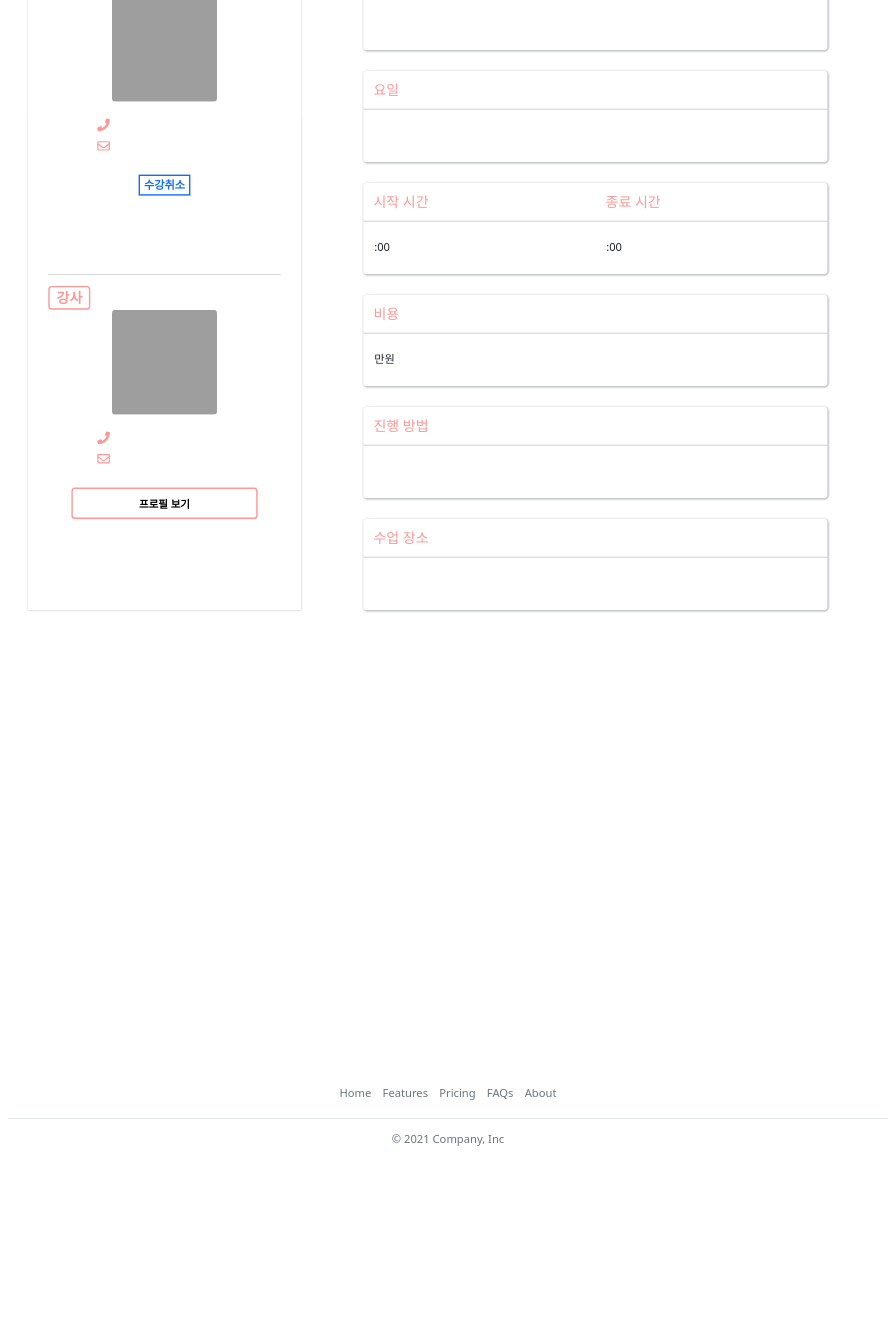
Repository: isssson/MVC2_more
Page: http://localhost/more/WEB-INF/views/document/documentContent.jsp
An editor plug-in stored every save of this project. The page is shown before and after the next save, followed by the edit.
The browser window is 1280 px wide. The pictures show the part of the page from y = 558 to 2458 px (the page is 2460 px tall), at 70% of full size.
Pictures or frames that could not be fetched are drawn as grey boxes. Some web libraries are served in a nearby version. The page is served by Tomcat 9. Nobody is signed in. Other server files are loaded and not shown. The template is opened directly, without the code that normally fills it, so the values that code supplies are empty.

Above is the page before, as saved 2021-12-13 01:06:11.

### more/src/main/webapp/WEB-INF/views/document/documentContent.jsp
<%@ page language="java" contentType="text/html; charset=UTF-8"
	pageEncoding="UTF-8"%>
<%@ taglib uri="http://java.sun.com/jsp/jstl/core" prefix="c"%>
<!DOCTYPE html>
<html>
<head>
<meta charset="UTF-8">
<title>Insert title here</title>
<link rel="stylesheet" type="text/css" href="resources/css/document/document.css?after">
<link rel="stylesheet" href="resources/css/bootstrap.min.css">
<script src="https://use.fontawesome.com/releases/v5.2.0/js/all.js"></script>
<script src="https://cdnjs.cloudflare.com/ajax/libs/jquery/3.4.1/jquery.min.js"></script>
<script src="https://ajax.googleapis.com/ajax/libs/jquery/3.2.1/jquery.min.js"></script>
</head>
<body>
	<%@ include file="/WEB-INF/views/header.jsp"%>
	<div class="revMainContainer">
      <div class="revMainTextBox">
         <div class="revMainText">
            <h1>
               나의 ${dto.cate2} 레슨<br>
               <span style="font-size:25px; font-weight:normal; border-top: 1px solid white; padding: 5px;">나의 레슨 정보를 확인해보세요</span>
            </h1>
         </div>
      </div>
   </div>
	<div class="expertMain">
		<div class="leftMain">
			<div class="leftMenu">
				<div class="who">학생</div>
				<div class="profile">
					<img src="resources/img/${dto.m_pic_path}" alt="profile">
					<h4>${dto.m_name}</h4>
					<div class="name">
						<i class="fas fa-phone fa-1x"></i>&nbsp;${dto.m_tel}
					</div>
					<div class="name">
						<i class="far fa-envelope fa-1x"></i>&nbsp;${dto.m_email}
					</div>
					<br>
					<c:if test="${sessionScope.sessionId eq dto.m_id }">
						<a href="statusUpdate.do?d_idx=${dto.d_idx}&p_idx=${dto.p_idx}"><button>수강취소</button></a>
					</c:if>
				</div>
				<hr>
				<div class="who">강사</div>
				<div class="profile">
					<img src="resources/img/${dto.e_pic_path}" alt="profile">
					<h4>${dto.e_name}</h4>
					<div class="name">
						<i class="fas fa-phone fa-1x"></i>&nbsp;${dto.e_tel}
					</div>
					<div class="name">
						<i class="far fa-envelope fa-1x"></i>&nbsp;${dto.e_email}
					</div>
					<br>
					<c:if test="${sessionScope.sessionId eq dto.m_id}">
						<div id="emailBt"><a href="expertProfile.do?id=${dto.e_id}">프로필 보기</a></div>
					</c:if>
				</div>
			</div>

		</div>
		<div class="rightMain">
			<div class="rightMenu">
				<div class="rightContainer">
				<div class="aaa" style="display:flex; justify-content: space-between;">
				<div class="aab">
					<div class="bbb">
						<h5>시작 날짜</h5>
					</div>
					<div class="card-body py-0">
						<div class="my-4">
							<p class="card-text mb-5">${dto.start_date}</p>
						</div>
					</div>
				</div>
				<div class="aab">
					<div class="bbb">
						<h5>종료 날짜</h5>
					</div>
					<div class="card-body py-0">
						<div class="my-4">
							<p class="card-text mb-5">${dto.end_date}</p>
						</div>
					</div>
				</div>
				</div>
				<div class="aaa">
					<div class="bbb">
						<h5>요일</h5>
					</div>
					<div class="card-body py-0">
						<div class="my-4">
							<p class="card-text mb-5">${dto.day}</p>
						</div>
					</div>
				</div>
				<div class="aaa" style="display:flex; justify-content: space-between;">
				<div class="aab">
					<div class="bbb">
						<h5>시작 시간</h5>
					</div>
					<div class="card-body py-0">
						<div class="my-4">
							<p class="card-text mb-5">${dto.start_time}:00</p>
						</div>
					</div>
				</div>
				<div class="aab">
					<div class="bbb">
						<h5>종료 시간</h5>
					</div>
					<div class="card-body py-0">
						<div class="my-4">
							<p class="card-text mb-5">${dto.end_time}:00</p>
						</div>
					</div>
				</div>
				</div>
				<div class="aaa">
					<div class="bbb">
						<h5>비용</h5>
					</div>
					<div class="card-body py-0">
						<div class="my-4">
							<p class="card-text mb-5">${dto.cost}만원</p>
						</div>
					</div>
				</div>
				<div class="aaa">
					<div class="bbb">
						<h5>진행 방법</h5>
					</div>
					<div class="card-body py-0">
						<div class="my-4">
							<p class="card-text mb-5">${dto.process}</p>
						</div>
					</div>
				</div>
				<div class="aaa">
					<div class="bbb">
						<h5>수업 장소</h5>
					</div>
					<div class="card-body py-0">
						<div class="my-4">
							<p class="card-text mb-5">${dto.ls_location}</p>
						</div>
					</div>
				</div>
			</div>
		</div>
	</div>
	</div>
<%@ include file="/WEB-INF/views/footer.jsp"%>
<script>
	function show(){
		alert();
	}
</script>
</body>
</html>

### more/src/main/webapp/WEB-INF/views/header.jsp
<%@ page language="java" contentType="text/html; charset=UTF-8"
    pageEncoding="UTF-8"%>
<%@ taglib prefix="c" uri="http://java.sun.com/jsp/jstl/core" %>
<script src="https://use.fontawesome.com/releases/v5.2.0/js/all.js"></script>
<link href="resources/css/header.css" rel="stylesheet">
<!-- Global site tag (gtag.js) - Google Analytics -->
<script async src="https://www.googletagmanager.com/gtag/js?id=UA-214947172-1"></script>
<script>
  window.dataLayer = window.dataLayer || [];
  function gtag(){dataLayer.push(arguments);}
  gtag('js', new Date());

  gtag('config', 'UA-214947172-1');
</script>
<!-- ---------------------비회원  -->
<c:if test="${sessionScope.sessionStatus == null }">
	<header>
    <div id="headerContainer">
        <a href="index.do"><img src="resources/img/more_logo.jpg" alt="logo" style="padding: 10px"></a>
        <div id="menubar">
          <div id="leftMenu">
            <div><a href="regist1.do">전문가 등록하기</a></div>
            <div><a href="lessonList.do">수업 요청하기</a></div>
            <div><a href="bbsList.do">자유 게시판</a></div>
            <div><a href="reviewList.do">후기 게시판</a></div>
          </div>
          <div id="rightMenu">
               <div><a href="login.do">로그인</a></div>
               <div><a href="noticeList.do"><i class="far fa-question-circle"></i></a></div>
          </div>
        </div>
      </div>
	</header>
</c:if>
<!----------------------기본(의뢰인) 로그인중-->
<c:if test="${sessionScope.sessionStatus == 1 }">
	<header>
     <div id="headerContainer">
        <a href="index.do"><img src="resources/img/more_logo.jpg" alt="logo" style="padding: 10px"></a>
        <div id="menubar">
          <div id="leftMenu">
            <div id="client" onmouseover="show()" onmouseout="hide()">
               <a href="#">레슨</a>
              </div>
            <div id="joinExpert">
               <a href="regist1.do">전문가 등록하기</a>
             </div>
            <div><a href="bbsList.do">자유 게시판</a></div>
            <div><a href="reviewList.do">후기 게시판</a></div>
          </div>
          <div id="rightMenu">
            <div>${sessionScope.sessionName }님</div>
            <div><a href="setting.do"><i class="far fa-user fa-1x"></i></a></div>
            <div><a href="noticeList.do"><i class="far fa-question-circle"></i></a></div>
          </div>
        </div>
      </div>
      <div id="hiddenHeaderContainer" onmouseover="show()" onmouseout="hide()">
        <div class="hiddenItem">
          <div class="Item"><a href="suggestList.do">레슨 목록</a></div>
          <div class="Item"><a href="lessonList.do">레슨 요청하기</a></div>
          <div class="Item"><a href="sentRequest.do?id=${sessionScope.sessionId}">보낸 요청</a></div>
          <div class="Item"><a href="receiveSuggest.do?id=${sessionScope.sessionId }">받은 제안</a></div>
          <div class="Item"><a href="m_documentList.do">나의 레슨 내역</a></div>
        </div>
      </div>
	</header>
</c:if>
<!-- -----------------------전문가 로그인중 -->
<c:if test="${sessionScope.sessionStatus == 2 }">
	<header>
     <div id="headerContainer">
       <a href="index.do"><img src="resources/img/more_logo.jpg" alt="logo" style="padding: 10px"></a>
       <div id="menubar">
         <div id="leftMenu">
           <div id="client" onmouseover="show()" onmouseout="hide()">
              <a href="#">레슨</a>
             </div>
           <div><a href="bbsList.do">자유 게시판</a></div>
           <div><a href="reviewList.do">후기 게시판</a></div>
         </div>
         <div id="rightMenu">
           <div>${sessionScope.sessionName }님</div>
           <div><a href="setting.do"><i class="far fa-user fa-1x"></i></a></div>
		   <div><a href="noticeList.do"><i class="far fa-question-circle"></i></a></div>
         </div>
       </div>
     </div>
     <div id="hiddenHeaderContainer" onmouseover="show()" onmouseout="hide()">
       <div class="hiddenItem">
       	 <div class="Item"><a href="requestList.do">요청서 목록</a></div>
       	 <div class="Item"><a href="suggest.do">레슨 제안하기</a></div>
         <div class="Item"><a href="sentsuggest.do?id=${sessionScope.sessionId}">보낸 제안</a></div>
		 <div class="Item"><a href="m_documentList.do">나의 레슨 내역</a></div>
       </div>
     </div>
	</header>
</c:if>
   <script>
       function show(){
         document.getElementById('hiddenHeaderContainer').style.display='block';
       }
       function hide(){
         document.getElementById('hiddenHeaderContainer').style.display='none';
       }
  </script>

### more/src/main/webapp/WEB-INF/views/footer.jsp
<%@ page language="java" contentType="text/html; charset=UTF-8"
    pageEncoding="UTF-8"%>
<link href="resources/css/footer.css" rel="stylesheet">
<div class="container-fluid">
  <footer class="py-3 my-4">
    <ul class="nav justify-content-center border-bottom pb-3 mb-3">
      <li class="nav-item"><a href="#" class="nav-link px-2 text-muted">Home</a></li>
      <li class="nav-item"><a href="#" class="nav-link px-2 text-muted">Features</a></li>
      <li class="nav-item"><a href="#" class="nav-link px-2 text-muted">Pricing</a></li>
      <li class="nav-item"><a href="#" class="nav-link px-2 text-muted">FAQs</a></li>
      <li class="nav-item"><a href="#" class="nav-link px-2 text-muted">About</a></li>
    </ul>
    <p class="text-center text-muted">&copy; 2021 Company, Inc</p>
  </footer>
</div>

<div class="b-example-divider"></div>

### more/src/main/webapp/resources/css/document/document.css
@charset "UTF-8";
/* -------------------------main------------------------- */
.revMainContainer{
	background-image:url(https://d3cwtye3iv0eb9.cloudfront.net/media/images/part/1544382373866000/pc/origin.jpg);
	background-repeat:no-repeat;
	background-size:cover;
    height: 380px;
    width: 100%;
}
.revMainContainer .revMainTextBox{
    width: 100%;
    height: 400px;
    padding-right: 15px;
    padding-left: 15px;
    margin:0 auto;
}
.revMainText{
    margin:0 auto;
    width: 550px;
    height: 400px;
    display: flex;
    flex-direction: column;
    justify-content: center;
}
.revMainText h1{
    height: 100px;
    font-size: 42px;
    font-weight: bold;
    color: white;
    text-align: center;
}

.who{
	width: 60px;
    font-size: 20px;
    font-weight: bold;
    color: #ff9797;
    border: 2px solid #ff9797;
    border-radius: 5px;
    text-align: center;
}
.name{
	font-size: 18px;
    text-align: left;
    margin-left:70px;
}

.aaa{
    height:130px;
	margin: 0 auto;
    margin-bottom: 30px;
	border-radius: 5px;
	box-shadow: 1px 1px 3px 1px #bdbfc4;
    }
.aab{
	display:flex;
	flex-direction: column;
	width:50%;
}
.bbb{
    color:#ff9797;
    padding: 15px;
    border-bottom: 1px solid #bdbfc4;
    height: 55px;
}

ul {
	list-style: none;
}

hr {
	box-shadow: 1px #bdbfc4;
}

h3 {
	color: #9a5656;
	font-weight: 900;
}

a:link {
	color: black;
	text-decoration: none;
}

a:visit {
	color: black;
	text-decoration: none;
}

h5 {
	font-weight: bold;
}

h2{
	color:#9a5656;
	font-weight: bold;
	margin: 20px auto;
    text-align: center;
}
h2 span{
	font-size:25px;
	color: #8c8280;
}
button{
	color: #0d6efd;
    background-color: white;
    border: 2px solid #0d6efd;
    border-radius: 20px;
    font-weight: bold;
}

#expertNav {
	width: 1200px;
	margin: 0 auto;
	padding-top: 20px;
	padding-bottom: 20px;
	text-align: center;
	background-color: #fff;
	border-bottom: 1px solid #e2e2e2;
}

#expertNav span {
	font-size: 18px;
	padding-right: 40px;
	padding-left: 40px;
}

.expertMain {
	width: 1200px;
	height: 1600px;
	margin: 10px auto;
	display: flex;
}
/* ----------   ---------------leftMenu */
.expertMain .leftMain {
	width: 400px;
	height: 930px;
	margin-right: 30px;
	margin-top: 40px;
	box-shadow: 1px 1px 3px 1px #bdbfc4;
}

.leftMain .leftMenu {
	width: 85%;
	height: 90%;
	margin: 20px auto;
}

.modify {
	width: 100%;
	height: 30px;
	text-align: right;
}

.profile {
	width: 100%;
	height: 380px;
	text-align: center;
}

.profile img {
	width: 150px;
	height: 150px;
	border-radius: 5px;
	object-fit: cover;
}

.profile div {
	margin-bottom: 20px;
}

.profile h4 {
	font-size: 24px;
	font-weight:bold;
	margin-bottom: 10px;
	margin-top: 20px;
}

.profile .name {
	height: 10px;
}

.profile .name svg {
	color: #ff9797;
}

#telBt {
	width: 80%;
	height: 45px;
	font-size: 15px;
	font-weight:bold;
	text-align: center;
	margin: 10px auto;
	padding-top: 10px;
	border-radius: 5px;
	color: white;
	border: 2px solid #ff9797;
	background-color: #ff9797;
	cursor: pointer;
}

#emailBt {
	width: 80%;
	height: 45px;
	font-size: 15px;
	font-weight:bold;
	text-align: center;
	margin: 0 auto;
	padding-top: 10px;
	border-radius: 5px;
	color: #ff9797;
	border: 2px solid #ff9797;
	background-color: white;
	cursor: pointer;
}
#requestBt{
	width: 80%;
	height: 70px;
	font-size: 23px;
	font-weight:bold;
	text-align: center;
	margin: 0 auto;
	padding: 20px;
    background-color: #0d6efd;
	border-radius: 5px;
	cursor: pointer;
}
#requestBt a{
	color:white;
}
.profileContainer {
	width: 100%;
	height: 110px;
}
.profileItem {
	width: 100%;
	height: 25px;
	margin-top: 15px;
	margin-bottom: 25px;
	display: flex;
	justify-content: space-between;
}

.profileContainer h3 {
	width: 190px;
	height: 35px;
	font-size: 19px;
	font-weight: bold;
	margin-top: 0px;
}

.location {
	width: 100%;
	height: 70px;
}

.location div {
	font-size: 17px;
}

.suggestContent{
	width: 100%;
    height: 230px;
    margin: 20px auto;
    border-radius: 5px;
    box-shadow: 1px 1px 3px 1px #bdbfc4;
    position:relative;
}
/* -------------------------rightMenu */
.expertMain .rightMain {
	width: 800px;
	height: 2000px;
}

.rightMain .rightMenu {
	width: 85%;
	height: 90%;
	margin: 40px auto;
}

.rightMain h3 {
	width: 250px;
	height: 35px;
	font-size: 21px;
	font-weight: bold;
	margin-top: 0px;
}

.rightMenu .compleContainer1 {
	width: 100%;
	height: 300px;
	border-radius: 5px;
	box-shadow: 1px 1px 3px 1px #bdbfc4;
}

.compleItems {
	padding: 20px;
}

.compleItem {
	width: 100%;
	height: 70px;
	display: flex;
	justify-content: space-between;
}

.compleItem button, .compleItem2 button {
	width: 80px;
	height: 35px;
	margin-top: 13px;
}

.compleItems div {
	margin-top: 20px;
	text-align: center;
}

.rightMenu .compleContainer2 {
	width: 100%;
	height: 100px;
	margin-top: 40px;
	border-radius: 5px;
	box-shadow: 1px 1px 3px 1px #bdbfc4;
}

.compleItems2 {
	padding: 20px;
}

.compleItem2 {
	width: 100%;
	height: 50px;
	display: flex;
	justify-content: space-between;
}
/* -------------------right 아래 */
.rightContainer {
	width: 100%;
	height: 90%;
	margin-top: 40px;
}

.rightContainer .rightMenubar {
	width: 80%;
	height: 50px;
	margin: 0px auto;
}

.rightMenubar span {
	display: inline-block;
	width: 120px;
	text-align: center;
	line-height: 58px;
	font-size: 15px;
	font-weight: bold;
}

.reviewContainer {
	width: 100%;
}
.reviewContainer1 {
	width: 100%;
	height: 450px;
}

.reviewItem {
	width: 100%;
	height: 30px;
	margin-top: 15px;
	margin-bottom: 15px;
	display: flex;
	justify-content: space-between;
}

.reviewContent1 {
	margin-top: 20px;
	display: flex;
	justify-content: space-between;
}

.reviewContent1 .leftStar {
	width: 33.3%;
	height: 70px;
}

.reviewContent1 .leftStar svg {
	color: #ff9797;
}

.reviewContent1 .rightStar {
	width: 66.6%;
	height: 70px;
	text-align: right;
	display: flex;
	flex-direction: column;
	align-items: flex-end;
}

.rightStar ul {
	margin-top: 0;
	margin-bottom: 0;
}

.rightStar li {
	float: left;
	padding-left: 8px;
}

.reviewContent2 {
	width: 70%;
	height: 230px;
	margin: 45px auto;
	border-radius: 5px;
	box-shadow: 1px 1px 3px 1px #bdbfc4;
	position:relative;
}

.reviewList {
	margin-top: 25px;
	padding: 15px;
	text-align: center;
}
.specContainer {
	width: 100%;

}

.specContainer h4 {
	margin-bottom: 8px;
}

.careerItems{
	display:flex;
	justify-content:space-between;
}
.careerItem{
	width:50%;
}
.rightMenu .compleContainer3 {
	width: 100%;
	margin-top: 0;
	height: 110px;
	border-radius: 5px;
	box-shadow: 1px 1px 3px 1px #bdbfc4;
}

.specContainer img, #modal_profile img {
	width: 70px;
	height: 70px;
	float: left;
	margin-right:10px;
	border-radius: 100%;
	object-fit: cover;
}

.listContainer{
	width: 100%;
	margin-top: 0;
	height: 200px;
	border-radius: 5px;
	box-shadow: 1px 1px 3px 1px #bdbfc4;
}

.univUl {
	margin-top: 5px;
	padding-left: 90px;
}

.ul {
	margin-top: 7px;
	padding-left: 0;
}

.univUl :nth-child(1), .ul :nth-child(1) {
	font-weight: bold;
}

.spec {
	margin-top: 25px;
	margin-bottom: 60px;
	display: flex;
	justify-content: space-between;
}
.page{
	 text-align:center;
	 position: absolute;
	 left: 50%;
	 bottom: 10px;
	 transform: translateX(-50%);
}

### more/src/main/webapp/resources/css/header.css
@charset "UTF-8";
a{
    text-decoration:none;
    color:rgb(26, 25, 25);
}
a:hover{
    color:rgb(26, 25, 25);
}
svg{
    color: #7e7878;
}
svg:hover{
    color: #424040;
    cursor: pointer;
}
#headerContainer{
    width:100%;
    height:70px;
    margin: 0 auto;
    display: flex;
    flex-direction: row;
    border-bottom:1px solid #dee2e6;
}
#headerContainer img{
    width: 200px;
    height: 65px;
    object-fit: cover;
}
#headerContainer #menubar{
    width:100%;
    height: 70px;
    display: flex;
    flex-direction: row;
    justify-content: space-between;
}
#headerContainer #menubar div a{
    font-size: 18px;
    color: #7e7878;
}
#headerContainer #menubar a:hover{
    color: #424040;
    font-weight: bold;
}
#menubar #leftMenu{
    display: flex;
}
#menubar #rightMenu{
    display: flex;
    margin-right: 30px;
}
#menubar #leftMenu div, #menubar #rightMenu div{
    font-size: 18px;
    line-height: 70px;
    margin-left: 25px;
}
#hiddenHeaderContainer{
    position: absolute;
    display: none;
    z-index: 1;
    width:100%;
    height:70px;
    left:50%;
    border-top:1px solid rgb(187, 183, 183);
    border-bottom:1px solid rgb(187, 183, 183);
    transform: translate(-50%);
    background-color: white;
}
#hiddenHeaderContainer .hiddenItem{

    width:100%;
    height:70px;
    margin-left: 170px;
    display: flex;
}
#hiddenHeaderContainer .hiddenItem .Item a{
    font-size: 18px;
    line-height: 70px;
    margin-left: 50px;
    color: #7e7878;
}
#hiddenHeaderContainer .hiddenItem .Item a:hover{
    color: #424040;
    font-weight: bold;
}

### more/src/main/webapp/resources/css/footer.css
@charset "UTF-8";
li {
	border-top: none;
}

Loaded but not shown: more/src/main/webapp/resources/css/bootstrap.min.css (library)

After the next save:
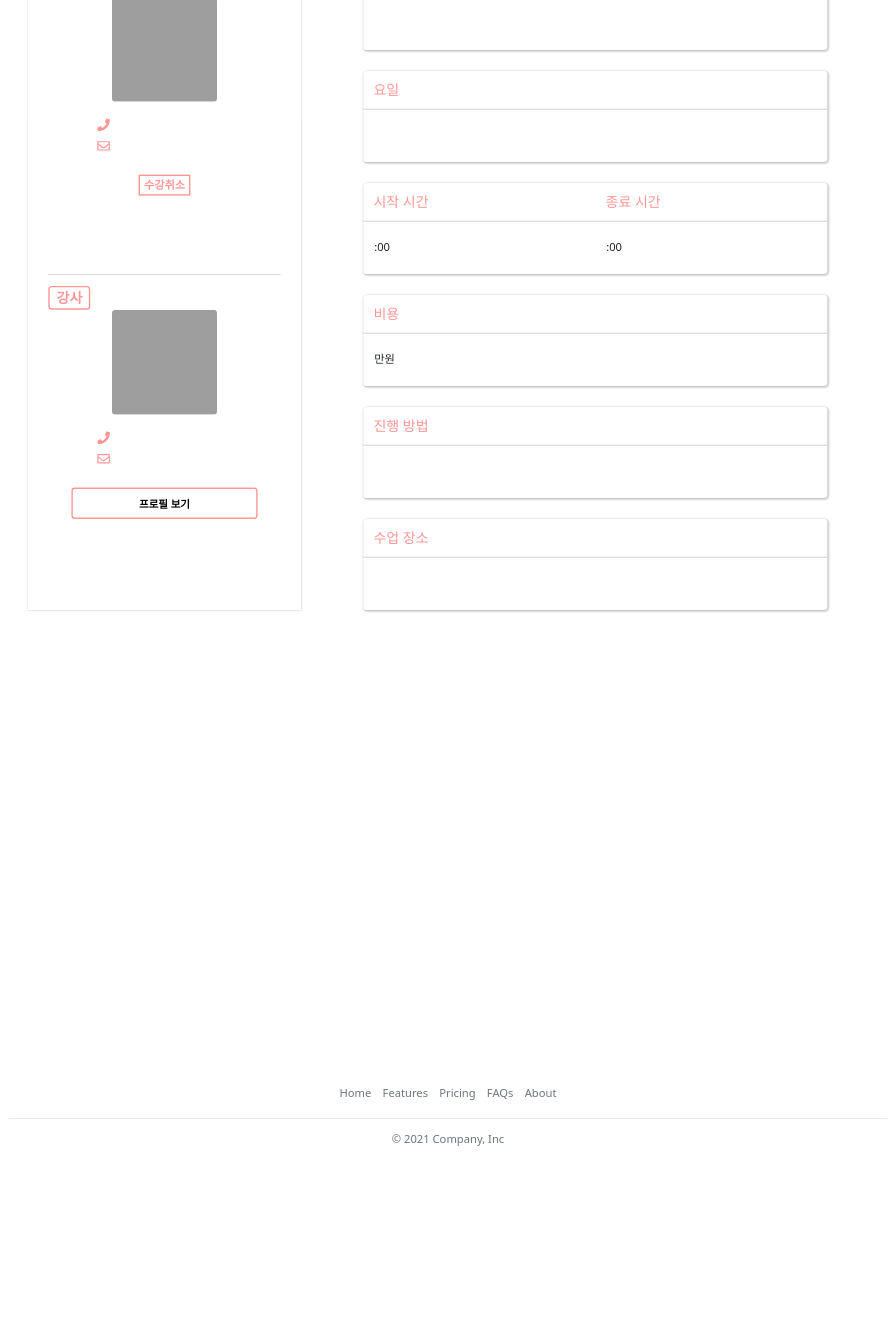
Saved 3 min 32 s later.
--- a/more/src/main/webapp/resources/css/document/document.css
+++ b/more/src/main/webapp/resources/css/document/document.css
@@ -102,9 +102,9 @@
 	color: #8c8280;
 }
 button{
-	color: #0d6efd;
+	color: #ff9797;
     background-color: white;
-    border: 2px solid #0d6efd;
+    border: 2px solid #ff9797;
     border-radius: 20px;
     font-weight: bold;
 }
@@ -221,7 +221,7 @@
 	text-align: center;
 	margin: 0 auto;
 	padding: 20px;
-    background-color: #0d6efd;
+    background-color: #ff9797;
 	border-radius: 5px;
 	cursor: pointer;
 }
